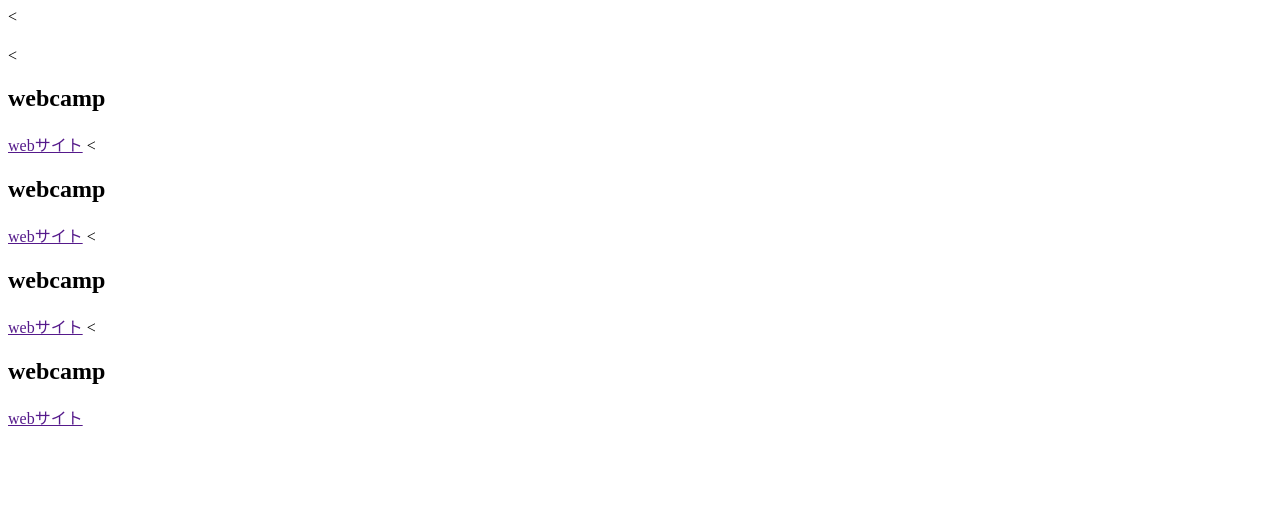
Repository: MNDMMstudy/debug_bookers2
Page: dmm/HTML/chapter2_exercise.html
The author's editor kept a record of every edit. The page is drawn from the files as they stood at one moment, then again after the next edit.
The browser window is 1280 px wide. The pictures show the whole page.

Above is the page before.

### dmm/HTML/chapter2_exercise.html
<!DOCTYPE HTML>
<html lang="ja">
  <head>
    <meta charset="UTF-8" />
    <title></title>
  </head>

  <body>
    <<h1></h1>
    <<h2>webcamp</h2>
    <p></p>
    <a href="">webサイト</a>
     <<h2>webcamp</h2>
    <p></p>
    <a href="">webサイト</a>
     <<h2>webcamp</h2>
    <p></p>
    <a href="">webサイト</a>
     <<h2>webcamp</h2>
    <p></p>
    <a href="">webサイト</a>
  </body>
</html>

After the next edit:
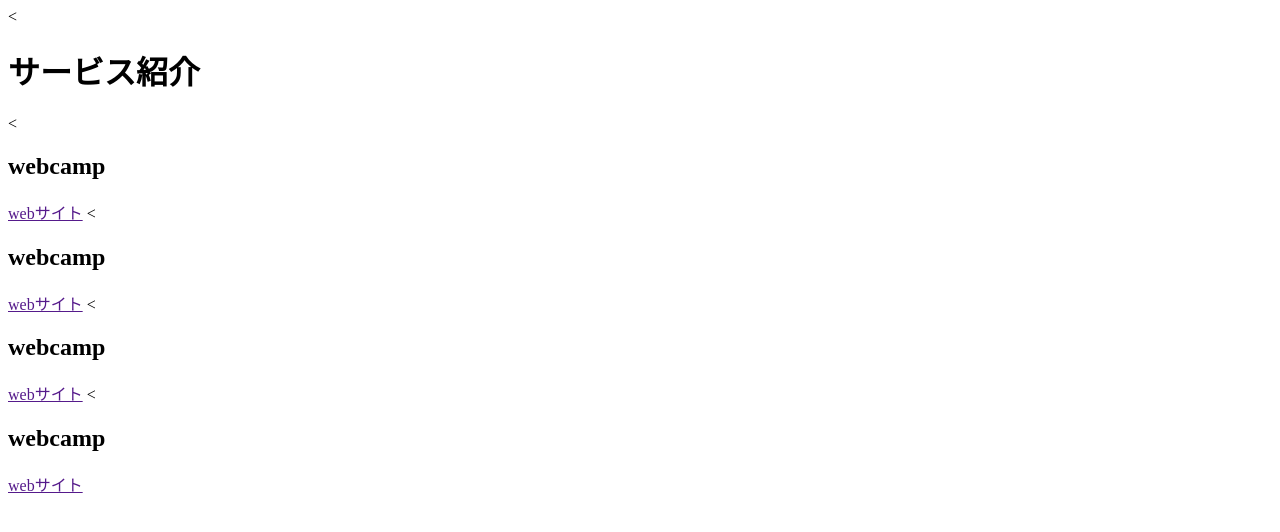
The edit:
--- a/dmm/HTML/chapter2_exercise.html
+++ b/dmm/HTML/chapter2_exercise.html
@@ -6,7 +6,7 @@
   </head>
 
   <body>
-    <<h1></h1>
+    <<h1>サービス紹介</h1>
     <<h2>webcamp</h2>
     <p></p>
     <a href="">webサイト</a>
